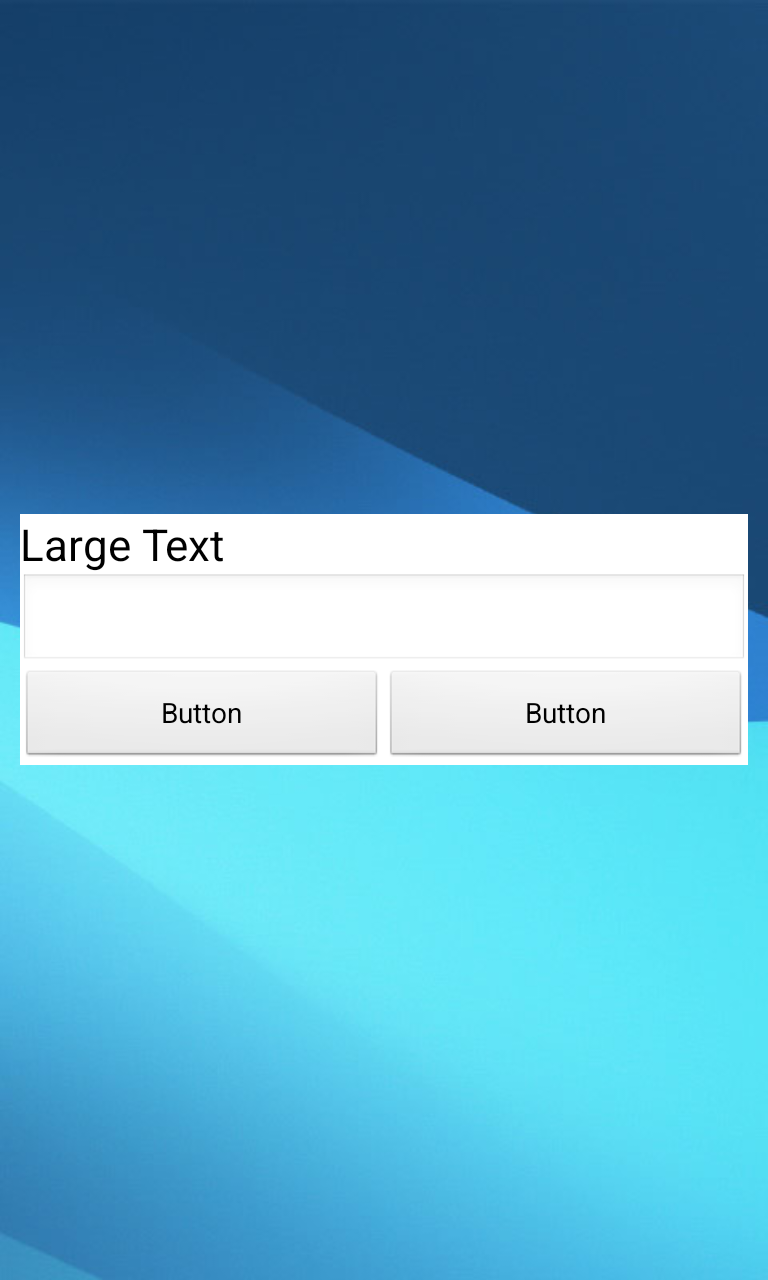
Repository: jonatansantos/Android-Server-Status
Layout: desarrollo/Principal/res/layout/login.xml
The author's editor kept a copy of each file at every save. The layout is drawn from the files as they stood at one save, then again after the next save.
It is drawn on a 768 x 1280 px phone screen (xhdpi) without system bars, with theme android:Theme.Light.NoTitleBar; the app's code is not run.

Above is the layout before, as saved 2012-06-04 16:04:36.

After the next save:
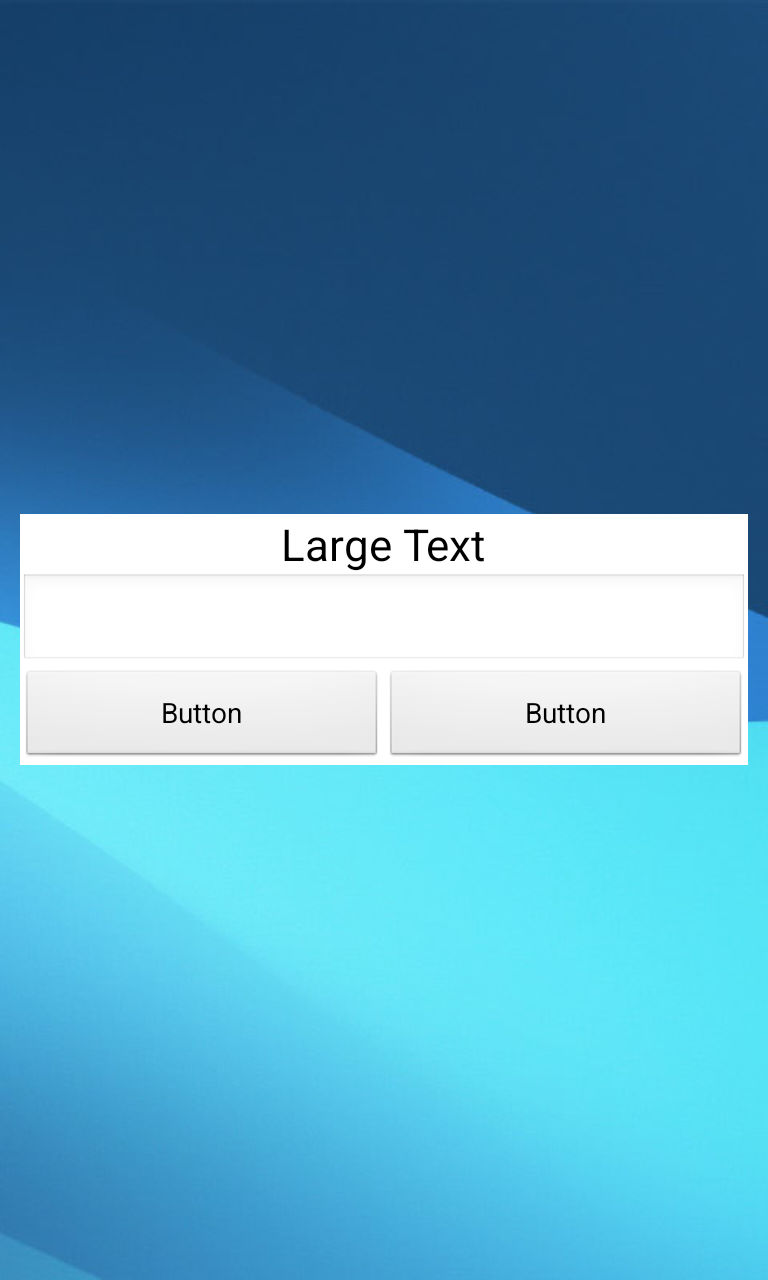
Saved 23 s later.
--- a/desarrollo/Principal/res/layout/login.xml
+++ b/desarrollo/Principal/res/layout/login.xml
@@ -19,10 +19,14 @@
         android:background="@android:color/white"
         android:orientation="vertical" >
 
+
+
         <TextView
             android:id="@+id/textView1"
             android:layout_width="wrap_content"
             android:layout_height="wrap_content"
+            android:layout_gravity="center"
+            android:gravity="center"
             android:text="Large Text"
             android:textAppearance="?android:attr/textAppearanceLarge" />
 
